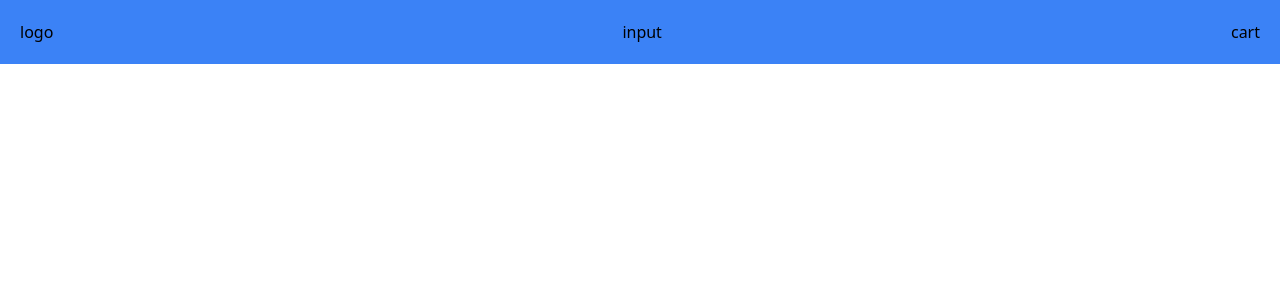
Repository: DevLaukey/Jitu-final
Page: / (app in frontend/)
These files come from the project's save history. The page is drawn as it stood at one moment and after the next save; the edit follows.
The browser window is 1280 px wide. The pictures show the whole page.
The project was rebuilt for these pictures with package versions that can differ from the ones it lists, and the page was loaded fresh each time.

Above is the page before, as saved 2022-07-13 12:44:54.

After the next save:
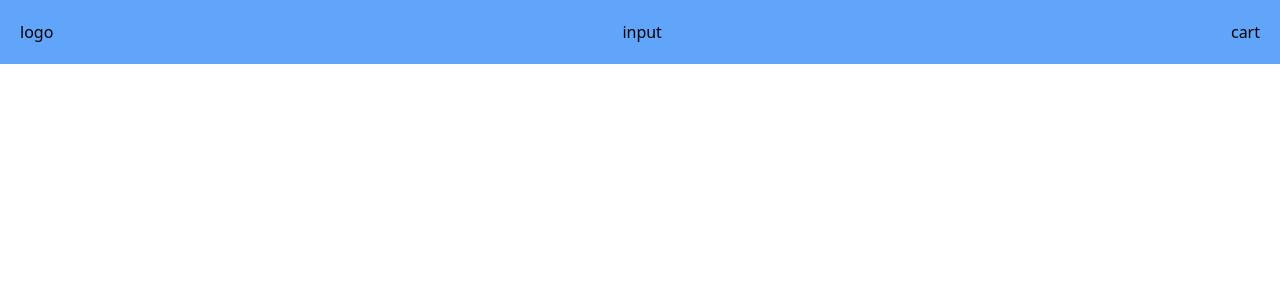
Saved 13 s later.
--- a/frontend/src/components/Navbar.js
+++ b/frontend/src/components/Navbar.js
@@ -2,7 +2,7 @@ import React from 'react'
 
 function Navbar() {
   return (
-      <header className='flex justify-between align-middle  p-5 bg-blue-500'>
+      <header className='flex justify-between align-middle  p-5 bg-blue-400'>
           <div className="logo">
               logo
           </div>
